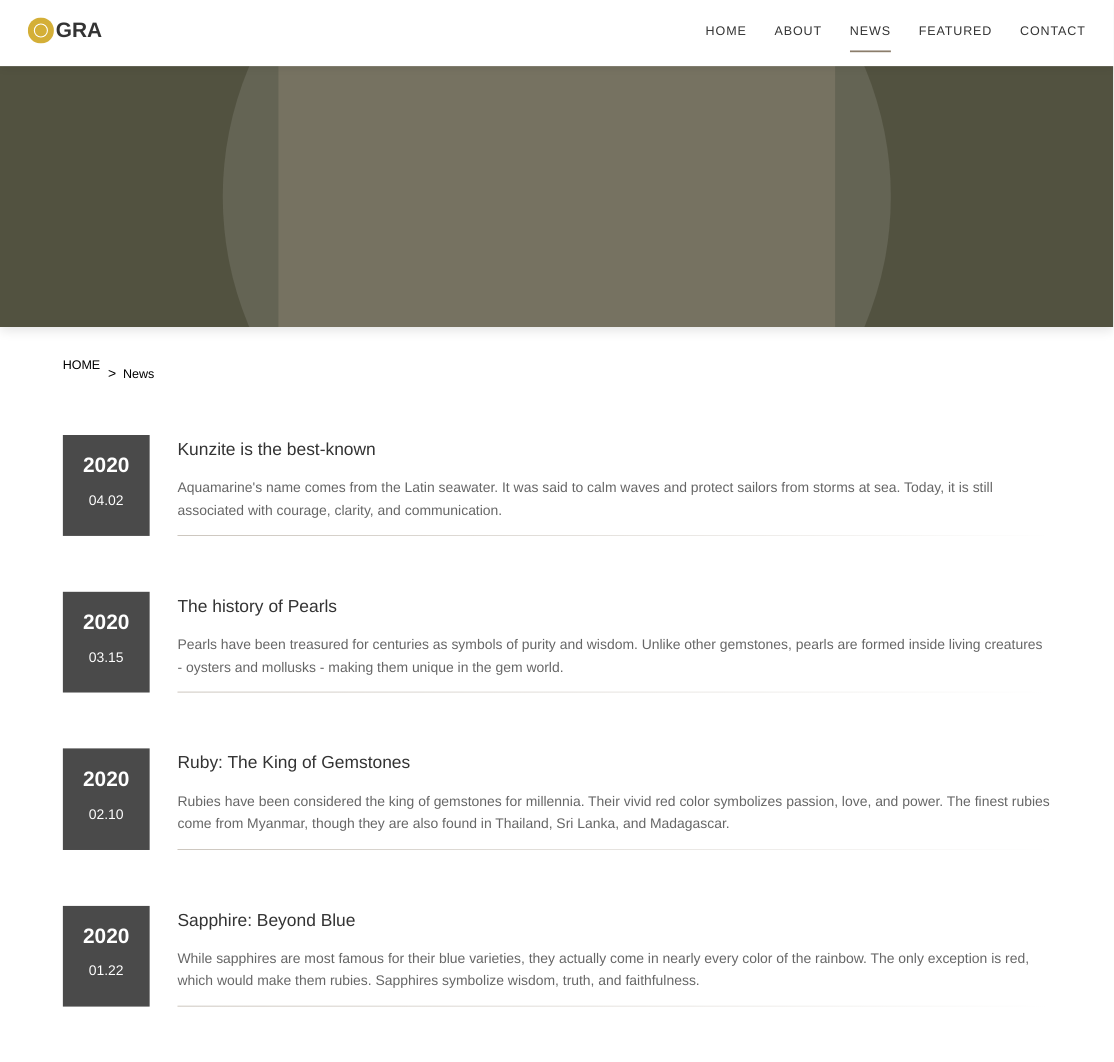
Repository: zhangchugao/jewelry
Page: /news
These files come from the project's save history. The page is drawn as it stood at one moment and after the next save; the edit follows.
The browser window is 1280 px wide. The pictures show the whole page, at 87% of full size.
The project was rebuilt for these pictures with package versions that can differ from the ones it lists, and the page was loaded fresh each time. Also part of the build but not shown: vite.config.ts, src/components/BannerSection.vue, src/components/CertificateSection.vue, src/views/HomeView.vue, src/views/AboutView.vue, src/views/FeaturedView.vue, src/views/ContactView.vue.

Above is the page before, as saved 2025-11-23 16:03:01.

After the next save:
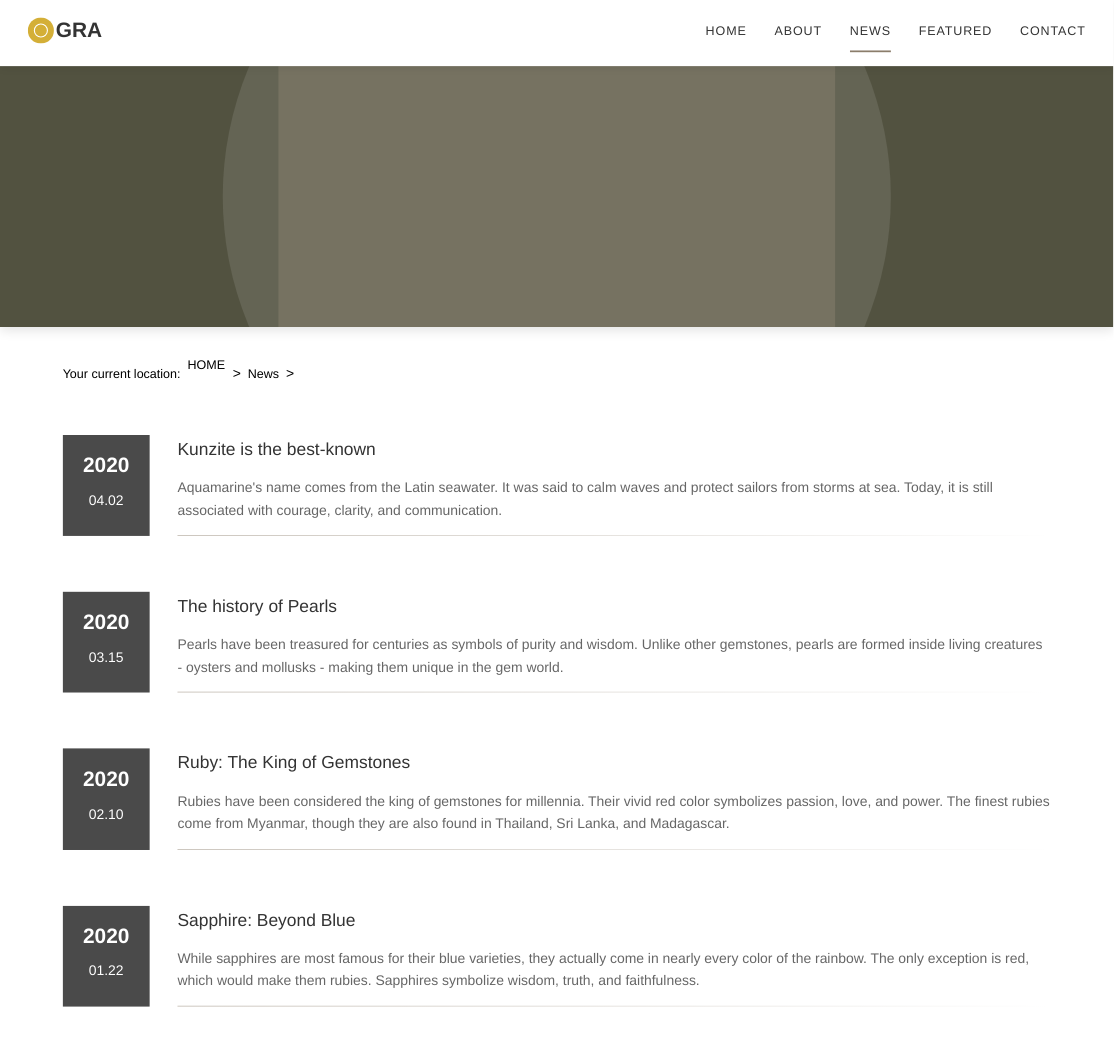
Saved 49 s later.
--- a/src/views/NewsView.vue
+++ b/src/views/NewsView.vue
@@ -11,9 +11,11 @@
     <div class="news-container">
       <!-- 面包屑导航 -->
       <div class="breadcrumb">
+        <span>Your current location:</span>
         <router-link to="/" class="breadcrumb-link">HOME</router-link>
         <span class="breadcrumb-separator">></span>
         <span class="breadcrumb-current">News</span>
+        <span class="breadcrumb-separator">></span>
       </div>
 
       <!-- 新闻列表 -->
